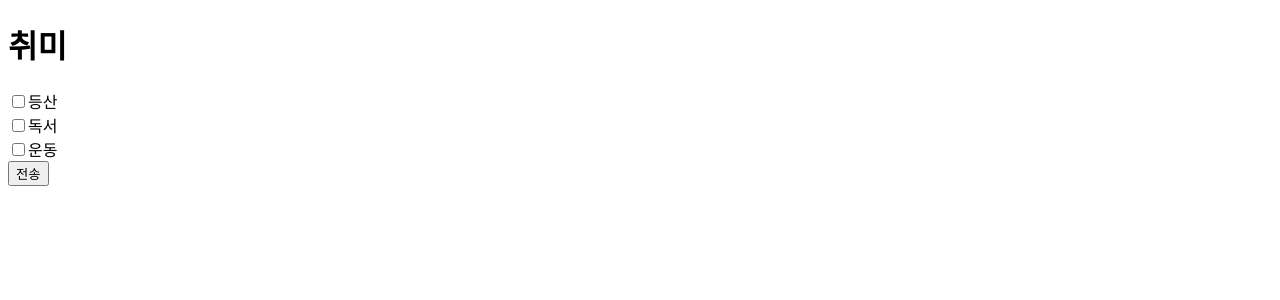
Repository: WonHwiAhn/JAVAClass
Page: 180131_GetParameterValues/WebContent/NewFile.html
The author's editor kept a copy of each file at every save. The page is drawn from the files as they stood at one save, then again after the next save.
The browser window is 1280 px wide. The pictures show the whole page.

Above is the page before, as saved 2018-01-31 00:19:57.

### 180131_GetParameterValues/WebContent/NewFile.html
<!DOCTYPE html>
<html>
<head>
<meta charset="EUC-KR">
<title>Insert title here</title>
</head>
<body>
	<h1>취미</h1>
	<input type="checkbox" name="hobby" value="0">등산<br>
	<input type="checkbox" name="hobby" value="1">독서<br>
	<input type="checkbox" name="hobby" value="2">운동<br>
	<input type="submit" value="전송">
</body>
</html>

After the next save:
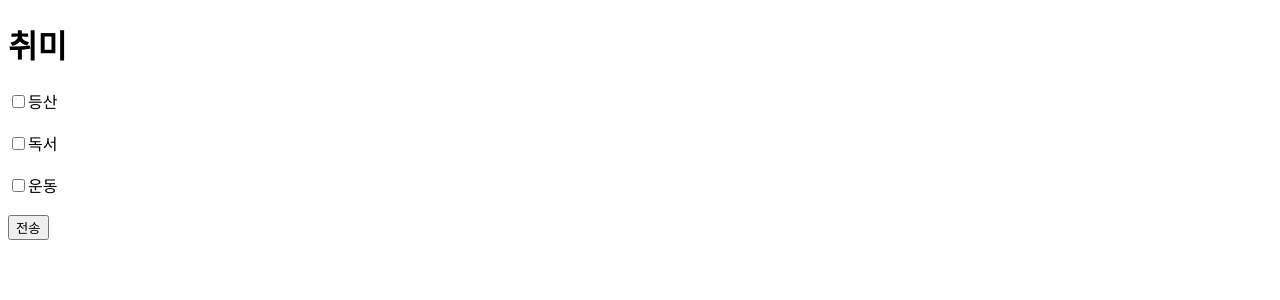
Saved 13 s later.
--- a/180131_GetParameterValues/WebContent/NewFile.html
+++ b/180131_GetParameterValues/WebContent/NewFile.html
@@ -6,9 +6,9 @@
 </head>
 <body>
 	<h1>취미</h1>
-	<input type="checkbox" name="hobby" value="0">등산<br>
-	<input type="checkbox" name="hobby" value="1">독서<br>
-	<input type="checkbox" name="hobby" value="2">운동<br>
+	<input type="checkbox" name="hobby" value="0">등산<br><br>
+	<input type="checkbox" name="hobby" value="1">독서<br><br>
+	<input type="checkbox" name="hobby" value="2">운동<br><br>
 	<input type="submit" value="전송">
 </body>
 </html>
